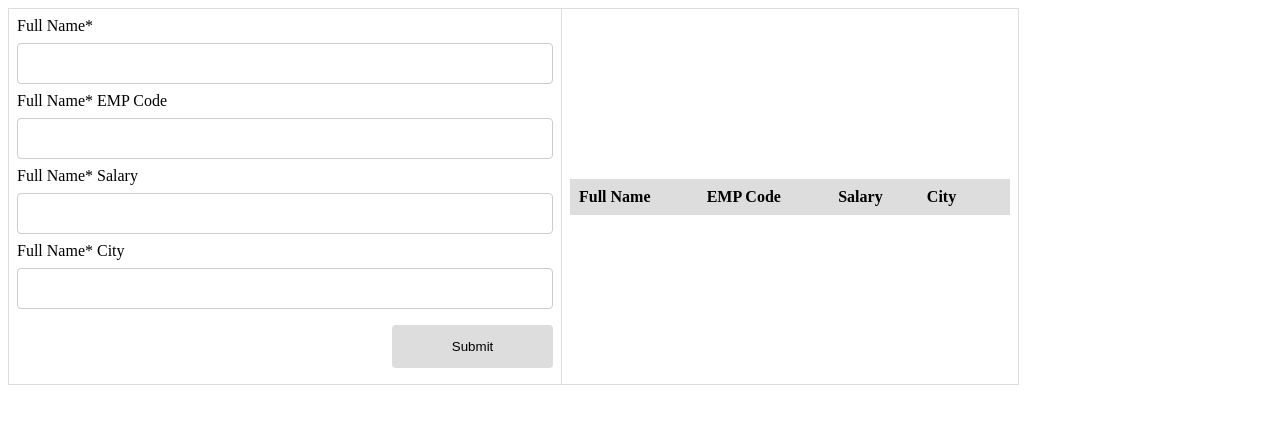
Repository: JohnRudolph1/CRUD-App
Page: index.html
An editor plug-in stored every save of this project. The page is shown before and after the next save, followed by the edit.
The browser window is 1280 px wide. The pictures show the whole page.

Above is the page before, as saved 2021-12-10 22:55:42.

### index.html
<!DOCTYPE html>
<html>

<head>
    <title>
        Html CRUD with Pure JavaScript
    </title>
    <link rel="stylesheet" href="stylles.css">
</head>

<body>
    <table>
        <tr>
            <td>
                <form onsubmit="event.preventDefault();onFormSubmit();" autocomplete="off">
                    <div>
                        <label>Full Name*</label><label class="validation-error hide" id="fullNameValidationError">This
                            field is required.</label>
                        <input type="text" name="fullName" id="fullName">
                    </div>
                    <div>
                        <label>Full Name*</label><label class="validation-error hide" id="fullNameValidationError">This
                            field is required.</label>
                        <label>EMP Code</label>
                        <input type="text" name="empCode" id="empCode">
                    </div>
                    <div>
                        <label>Full Name*</label><label class="validation-error hide" id="fullNameValidationError">This
                            field is required.</label>
                        <label>Salary</label>
                        <input type="text" name="salary" id="salary">
                    </div>
                    <div>
                        <label>Full Name*</label><label class="validation-error hide" id="fullNameValidationError">This
                            field is required.</label>
                        <label>City</label>
                        <input type="text" name="city" id="city">
                    </div>
                    <div class="form-action-buttons">
                        <input type="submit" value="Submit">
                    </div>
                </form>
            </td>
            <td>
                <table class="list" id="employeeList">
                    <thead>
                        <tr>
                            <th>Full Name</th>
                            <th>EMP Code</th>
                            <th>Salary</th>
                            <th>City</th>
                            <th></th>
                        </tr>
                    </thead>
                    <tbody>

                    </tbody>
                </table>
            </td>
        </tr>
    </table>
    <script src="script.js"></script>
</body>

</html>

### stylles.css
body > table {
  width: 80%;
}

table {
  border-collapse: collapse;
}
table.list {
  width: 100%;
}

td,
th {
  border: 1px solid #dddddd;
  text-align: left;
  padding: 8px;
}
tr:nth-child(even),
table.list thead > tr {
  background-color: #dddddd;
}

input[type="text"],
input[type="number"] {
  width: 100%;
  padding: 12px 20px;
  margin: 8px 0;
  display: inline-block;
  border: 1px solid #ccc;
  border-radius: 4px;
  box-sizing: border-box;
}

input[type="submit"] {
  width: 30%;
  background-color: #ddd;
  color: #000;
  padding: 14px 20px;
  margin: 8px 0;
  border: none;
  border-radius: 4px;
  cursor: pointer;
}

form div.form-action-buttons {
  text-align: right;
}

a {
  cursor: pointer;
  text-decoration: underline;
  color: #0000ee;
  margin-right: 4px;
}

label.validation-error {
  color: red;
  margin-left: 5px;
}

.hide {
  display: none;
}

### script.js
var selectedRow = null;

function onFormSubmit() {
  if (validate()) {
    var formData = readFormData();
    if (selectedRow == null) insertNewRecord(formData);
    else updateRecord(formData);
    resetForm();
  }
}

function readFormData() {
  var formData = {};
  formData["fullName"] = document.getElementById("fullName").value;
  formData["empCode"] = document.getElementById("empCode").value;
  formData["salary"] = document.getElementById("salary").value;
  formData["city"] = document.getElementById("city").value;
  return formData;
}

function insertNewRecord(data) {
  var table = document
    .getElementById("employeeList")
    .getElementsByTagName("tbody")[0];
  var newRow = table.insertRow(table.length);
  cell1 = newRow.insertCell(0);
  cell1.innerHTML = data.fullName;
  cell2 = newRow.insertCell(1);
  cell2.innerHTML = data.empCode;
  cell3 = newRow.insertCell(2);
  cell3.innerHTML = data.salary;
  cell4 = newRow.insertCell(3);
  cell4.innerHTML = data.city;
  cell4 = newRow.insertCell(4);
  cell4.innerHTML = `<a onClick="onEdit(this)">Edit</a>
                       <a onClick="onDelete(this)">Delete</a>`;
}

function resetForm() {
  document.getElementById("fullName").value = "";
  document.getElementById("empCode").value = "";
  document.getElementById("salary").value = "";
  document.getElementById("city").value = "";
  selectedRow = null;
}

function onEdit(td) {
  selectedRow = td.parentElement.parentElement;
  document.getElementById("fullName").value = selectedRow.cells[0].innerHTML;
  document.getElementById("empCode").value = selectedRow.cells[1].innerHTML;
  document.getElementById("salary").value = selectedRow.cells[2].innerHTML;
  document.getElementById("city").value = selectedRow.cells[3].innerHTML;
}
function updateRecord(formData) {
  selectedRow.cells[0].innerHTML = formData.fullName;
  selectedRow.cells[1].innerHTML = formData.empCode;
  selectedRow.cells[2].innerHTML = formData.salary;
  selectedRow.cells[3].innerHTML = formData.city;
}

function onDelete(td) {
  if (confirm("Are you sure to delete this record ?")) {
    row = td.parentElement.parentElement;
    document.getElementById("employeeList").deleteRow(row.rowIndex);
    resetForm();
  }
}
function validate() {
  isValid = true;
  if (document.getElementById("fullName").value == "") {
    isValid = false;
    document.getElementById("fullNameValidationError").classList.remove("hide");
  } else {
    isValid = true;
    if (
      !document
        .getElementById("empCodeValidationError")
        .classList.contains("hide")
    )
      document.getElementById("empCodeValidationError").classList.add("hide");
  }
  return isValid;
}
function validate() {
    isValid = true;
    if (document.getElementById("salary").value == "") {
      isValid = false;
      document.getElementById("salaryValidationError").classList.remove("hide");
    } else {
      isValid = true;
      if (
        !document
          .getElementById("salaryValidationError")
          .classList.contains("hide")
      )
        document.getElementById("salaryValidationError").classList.add("hide");
    }
    return isValid;
  }
  function validate() {
    isValid = true;
    if (document.getElementById("city").value == "") {
      isValid = false;
      document.getElementById("cityValidationError").classList.remove("hide");
    } else {
      isValid = true;
      if (
        !document
          .getElementById("cityValidationError")
          .classList.contains("hide")
      )
        document.getElementById("cityValidationError").classList.add("hide");
    }
    return isValid;
  }

After the next save:
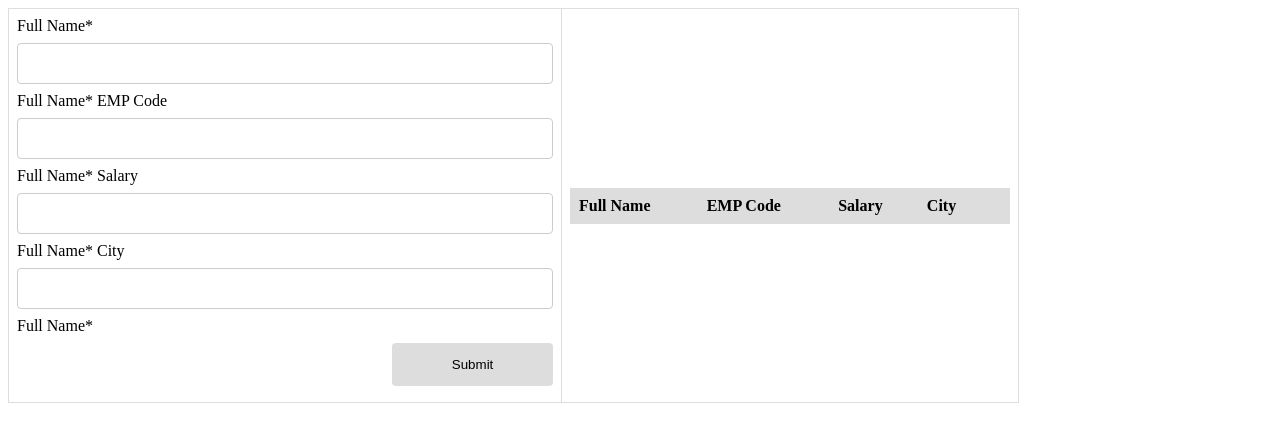
Saved 4 s later.
--- a/index.html
+++ b/index.html
@@ -36,6 +36,8 @@
                         <label>City</label>
                         <input type="text" name="city" id="city">
                     </div>
+                    <label>Full Name*</label><label class="validation-error hide" id="fullNameValidationError">This
+                        field is required.</label>
                     <div class="form-action-buttons">
                         <input type="submit" value="Submit">
                     </div>

After the 2 saves that followed:
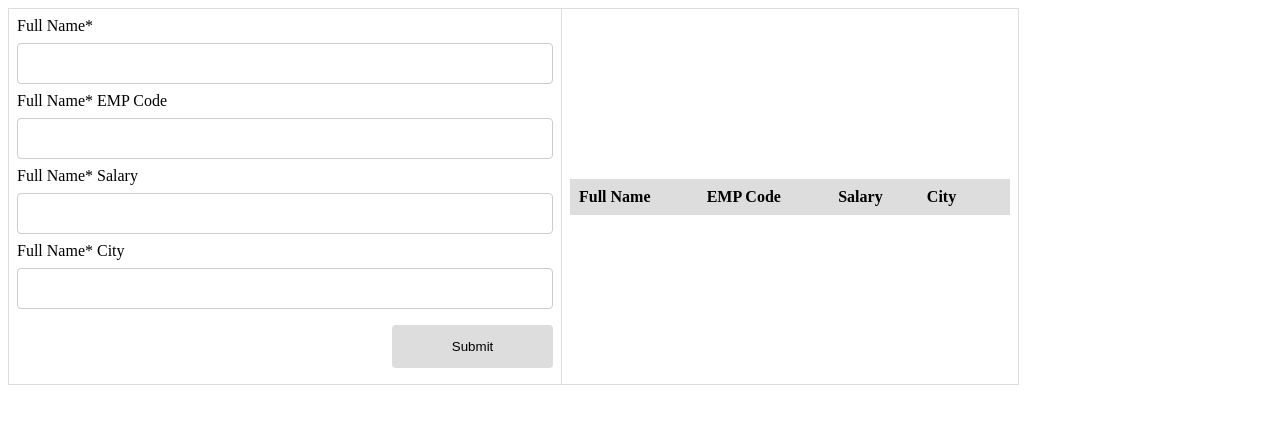
The 2 saves are shown as one change because they came seconds apart.
The last was saved 8 s later.
--- a/index.html
+++ b/index.html
@@ -36,8 +36,6 @@
                         <label>City</label>
                         <input type="text" name="city" id="city">
                     </div>
-                    <label>Full Name*</label><label class="validation-error hide" id="fullNameValidationError">This
-                        field is required.</label>
                     <div class="form-action-buttons">
                         <input type="submit" value="Submit">
                     </div>
